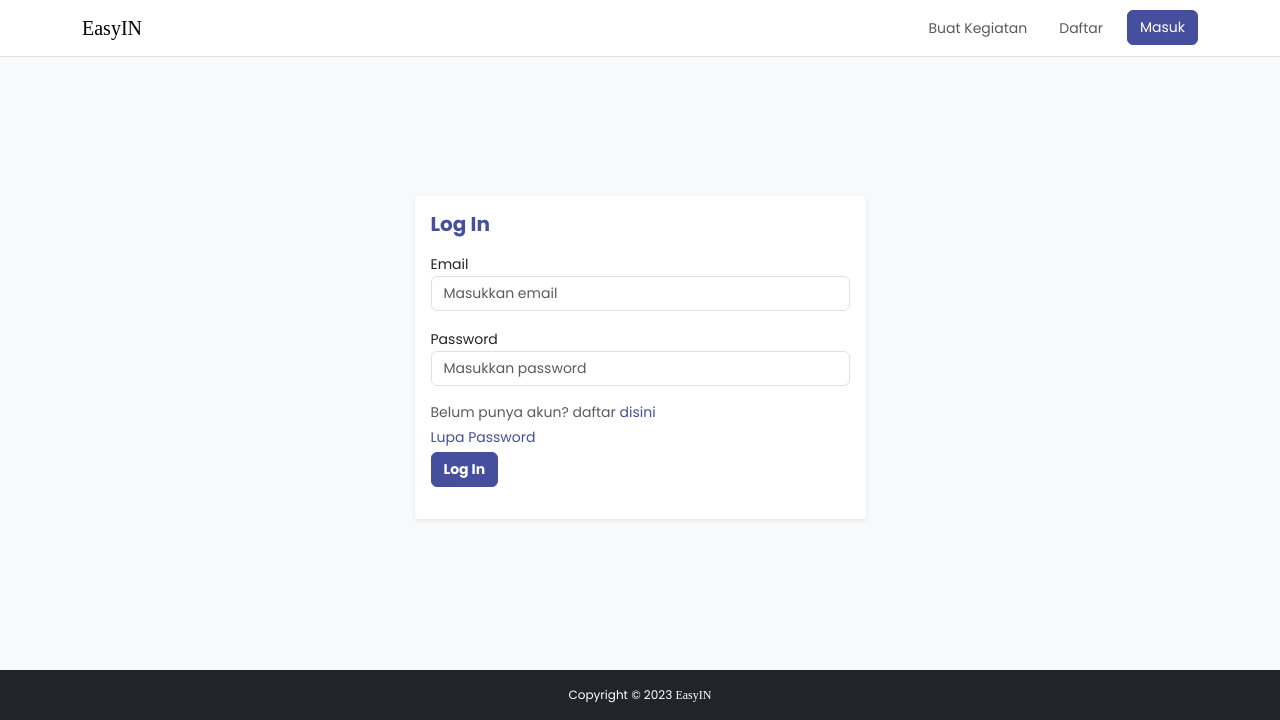
Repository: Imadaaa/Ticketing_Online
Page: http://localhost/login
These files come from the project's save history. The page is drawn as it stood at one moment and after the next save; the edit follows.
The browser window is 1280 px wide. The pictures show the whole page.
Some web fonts or font styles are not loaded; a fallback is used. The page is served by the project's Laravel application, run on PHP 8.4 with Laravel 10.

Above is the page before, as saved 2023-08-22 00:17:00.

After the next save:
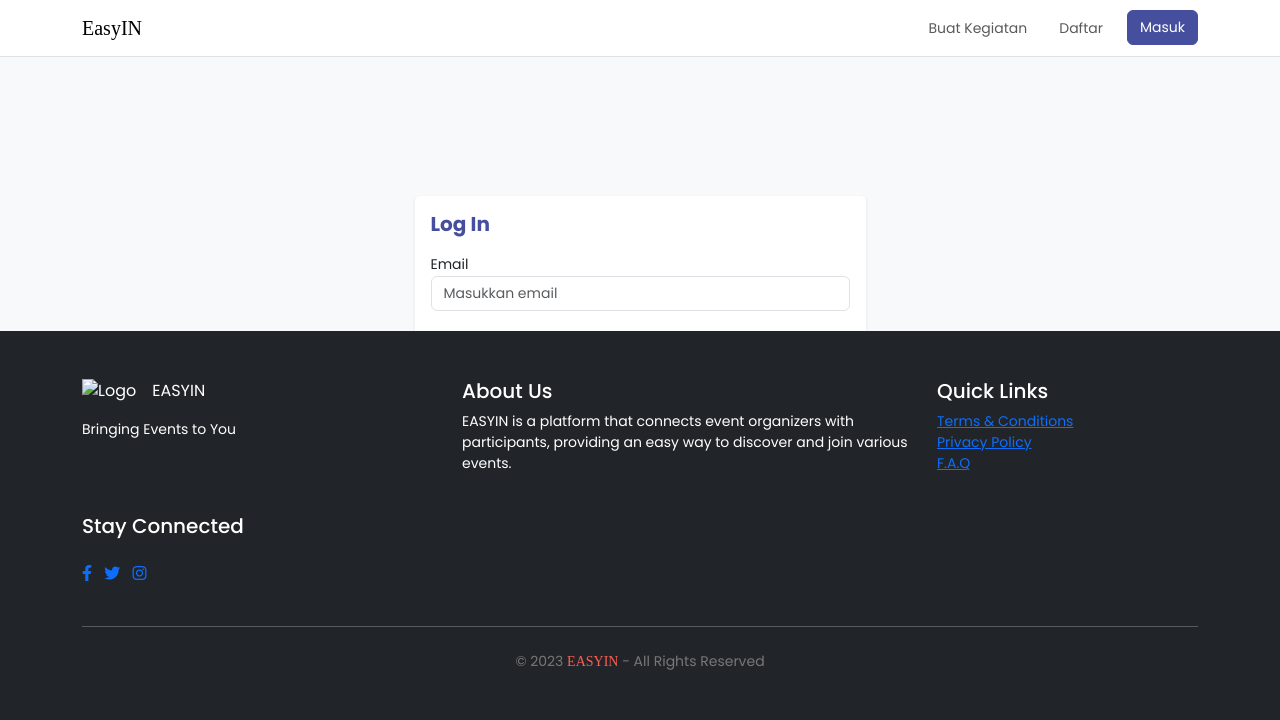
Saved 83 s later.
--- a/resources/views/template/landing-page/partials/_footer.blade.php
+++ b/resources/views/template/landing-page/partials/_footer.blade.php
@@ -1,3 +1,44 @@
-<footer class="text-center py-3 {{ request()->is('login') || request()->is('register') ? 'footer-fixed' : '' }}">
-    <p class="fs-12 mb-0 text-white">Copyright &copy; {{ date('Y') }} <span class="text-title">EasyIN</span></p>
+<footer class="bg-dark text-white py-5 {{ request()->is('login') || request()->is('register') ? 'footer-fixed' : '' }}">
+    <div class="container">
+        <div class="row">
+            <div class="col-md-4">
+                <div class="d-flex align-items-center">
+                    <img src="{{ asset('storage/img/logo/Steam_icon.png') }}" alt="Logo" class="logo me-3">
+                    <p class="fs-18 mb-0">EASYIN</p>
+                </div>
+                <p class="mt-3 fs-14">Bringing Events to You</p>
+            </div>
+            <div class="col-md-5">
+                <h5 class="fs-18">About Us</h5>
+                <p class="fs-14">EASYIN is a platform that connects event organizers with participants, providing an
+                    easy way to discover and join various events.</p>
+            </div>
+            <div class="col-md-3">
+                <h5 class="fs-18">Quick Links</h5>
+                <ul class="list-unstyled fs-14">
+                    <li><a href="#">Terms & Conditions</a></li>
+                    <li><a href="#">Privacy Policy</a></li>
+                    <li><a href="#">F.A.Q</a></li>
+                </ul>
+            </div>
+            <div class="col-md-12 mt-4">
+                <h5 class="fs-18 mb-4">Stay Connected</h5>
+                <ul class="list-inline social-icons">
+                    <li class="list-inline-item"><a href="#" class="social-link"><i
+                                class="fab fa-facebook-f"></i></a></li>
+                    <li class="list-inline-item"><a href="#" class="social-link"><i
+                                class="fab fa-twitter"></i></a></li>
+                    <li class="list-inline-item"><a href="#" class="social-link"><i
+                                class="fab fa-instagram"></i></a></li>
+                </ul>
+            </div>
+        </div>
+        <hr class="my-4">
+        <div class="row">
+            <div class="col-md-12 text-center">
+                <p class="fs-14 mb-0" style="color: #777;">&copy; {{ date('Y') }} <span class="text-title"
+                        style="color: #fd5e53;">EASYIN</span> - All Rights Reserved</p>
+            </div>
+        </div>
+    </div>
 </footer>
